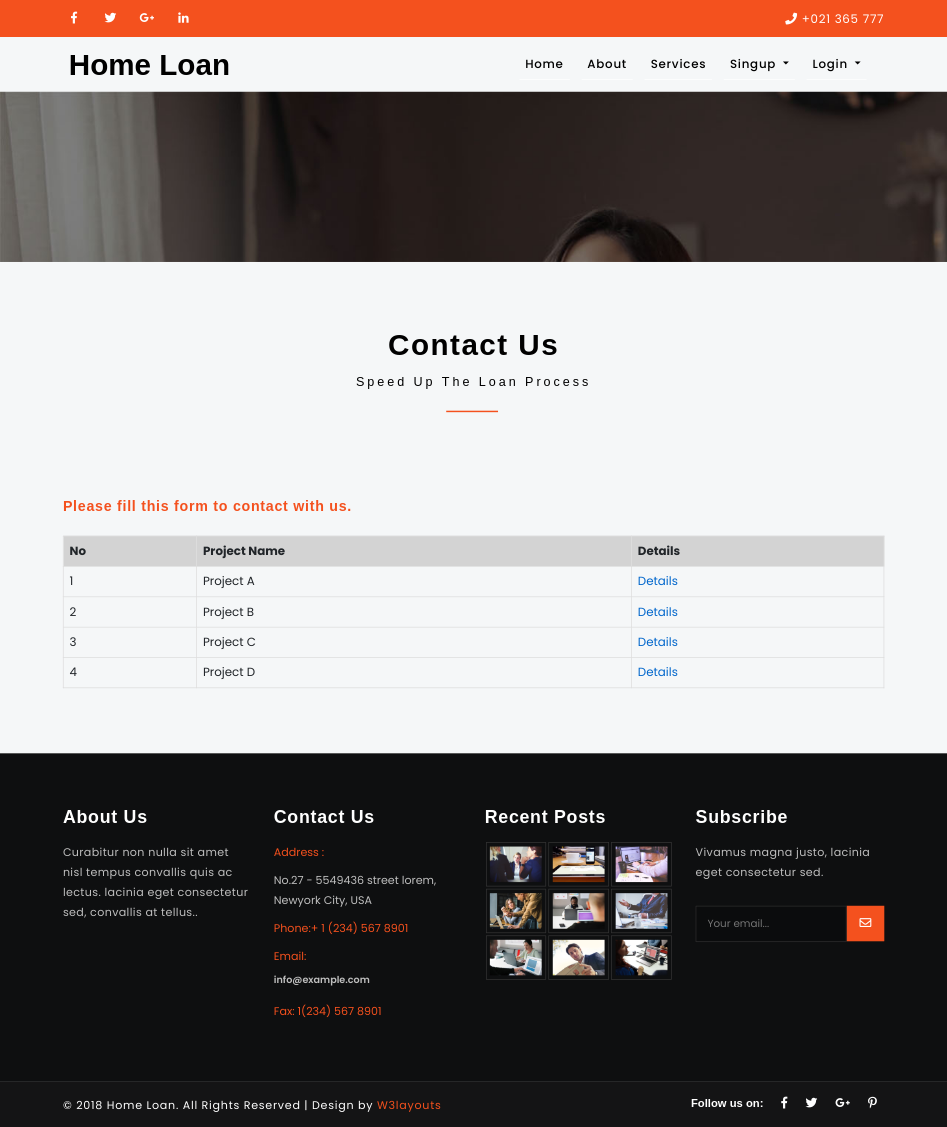
Repository: 72-faisal/Spring-MVC-project
Page: http://localhost/HomeLoan/WEB-INF/views/ApprovedProjectList.jsp
An editor plug-in stored every save of this project. The page is shown before and after the next save, followed by the edit.
The browser window is 1280 px wide. The pictures show the whole page, at 74% of full size.
Some web fonts or font styles are not loaded; a fallback is used. The page is served by Tomcat 9. Nobody is signed in. The template is opened directly, without the code that normally fills it, so the values that code supplies are empty.

Above is the page before, as saved 2023-12-29 05:08:50.

After the next save:
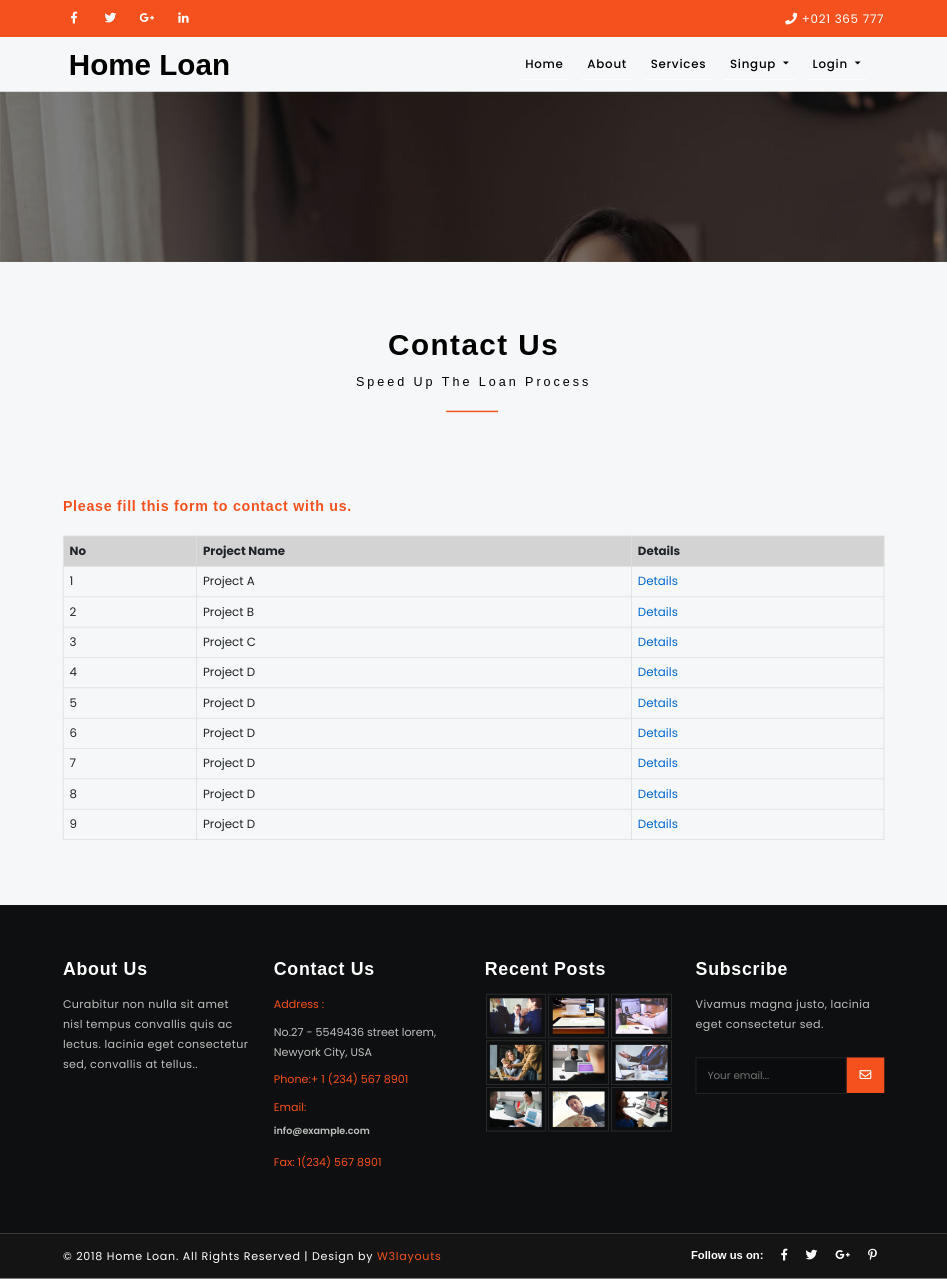
Saved 89 s later.
--- a/HomeLoan/src/main/webapp/WEB-INF/views/ApprovedProjectList.jsp
+++ b/HomeLoan/src/main/webapp/WEB-INF/views/ApprovedProjectList.jsp
@@ -44,39 +44,42 @@ SmartPhone Compatible web template, free WebDesigns for Nokia, Samsung, LG, Sony
 	href="//fonts.googleapis.com/css?family=Raleway:300,400,500,600,700,800,900"
 	rel="stylesheet">
 <!-- body -->
-<link href="//fonts.googleapis.com/css?family=Poppins:400,500,600,700,800" rel="stylesheet">
-
-
-	<style type="text/css">
-        table {
-            width: 100%; /* Adjust the width as needed (e.g., 70% to 80%) */
-            border-collapse: collapse;
-            margin-top: 20px;
-        }
-
-        th, td {
-            border: 1px solid #dddddd;
-            text-align: left;
-            padding: 8px;
-        }
-
-        th {
-            background-color: #d3d3d3; /* Slightly darker color for the table header */
-        }
-
-        tbody {
-            text-align: center; /* Center the content of the tbody */
-        }
-
-        a {
-            color: #0066cc;
-            text-decoration: none;
-        }
-
-        a:hover {
-            text-decoration: underline;
-        }
-    </style>
+<link
+	href="//fonts.googleapis.com/css?family=Poppins:400,500,600,700,800"
+	rel="stylesheet">
+
+
+<style type="text/css">
+table {
+	width: 100%; /* Adjust the width as needed (e.g., 70% to 80%) */
+	border-collapse: collapse;
+	margin-top: 20px;
+}
+
+th, td {
+	border: 1px solid #dddddd;
+	text-align: left;
+	padding: 8px;
+}
+
+th {
+	background-color: #d3d3d3;
+	/* Slightly darker color for the table header */
+}
+
+tbody {
+	text-align: center; /* Center the content of the tbody */
+}
+
+a {
+	color: #0066cc;
+	text-decoration: none;
+}
+
+a:hover {
+	text-decoration: underline;
+}
+</style>
 </head>
 
 
@@ -194,6 +197,33 @@ SmartPhone Compatible web template, free WebDesigns for Nokia, Samsung, LG, Sony
 									<td>Project D</td>
 									<td><a href="http://example.com/projectD/details">Details</a></td>
 								</tr>
+								<tr>
+									<td>5</td>
+									<td>Project D</td>
+									<td><a href="http://example.com/projectD/details">Details</a></td>
+								</tr>
+								<tr>
+									<td>6</td>
+									<td>Project D</td>
+									<td><a href="http://example.com/projectD/details">Details</a></td>
+								</tr>
+								<tr>
+									<td>7</td>
+									<td>Project D</td>
+									<td><a href="http://example.com/projectD/details">Details</a></td>
+								</tr>
+
+								<tr>
+									<td>8</td>
+									<td>Project D</td>
+									<td><a href="http://example.com/projectD/details">Details</a></td>
+								</tr>
+								<tr>
+									<td>9</td>
+									<td>Project D</td>
+									<td><a href="http://example.com/projectD/details">Details</a></td>
+								</tr>
+
 							</tbody>
 						</table>
 					</form>
